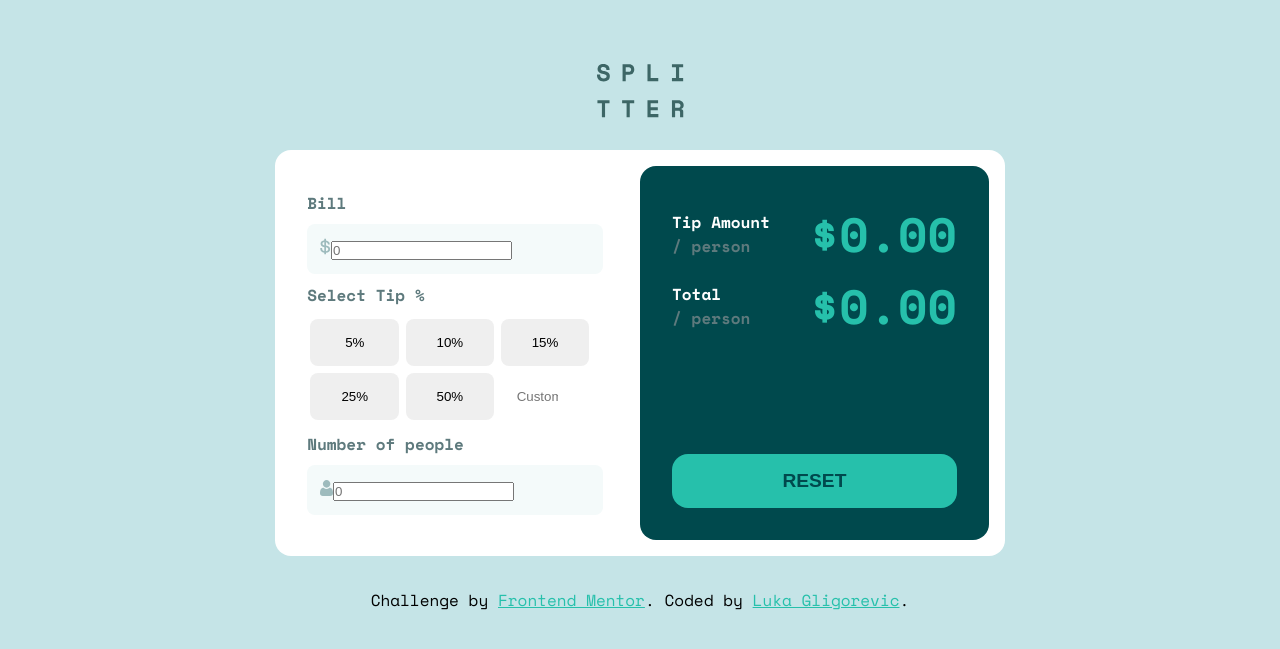
Repository: gligor99/tip-fmentor
Page: /
The author's editor kept a copy of each file at every save. The page is drawn from the files as they stood at one save, then again after the next save.
The browser window is 1280 px wide. The pictures show the whole page.
The project was rebuilt for these pictures with package versions that can differ from the ones it lists, and the page was loaded fresh each time.

Above is the page before, as saved 2021-11-27 18:20:32.

After the next save:
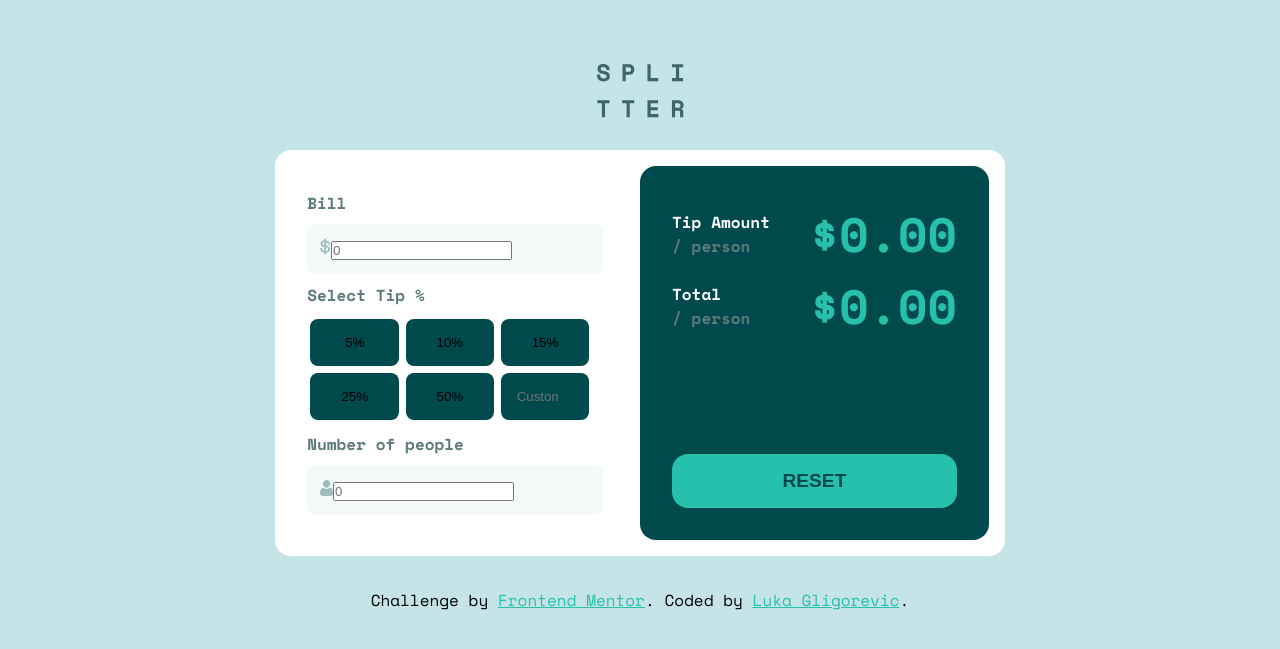
Saved 31 s later.
--- a/src/index.css
+++ b/src/index.css
@@ -86,6 +86,7 @@ label {
   margin: 0.2rem;
   border-radius: 0.5rem;
   border: none;
+  background-color: var(--clr-dark-cyan);
 }
 
 .right-side {
